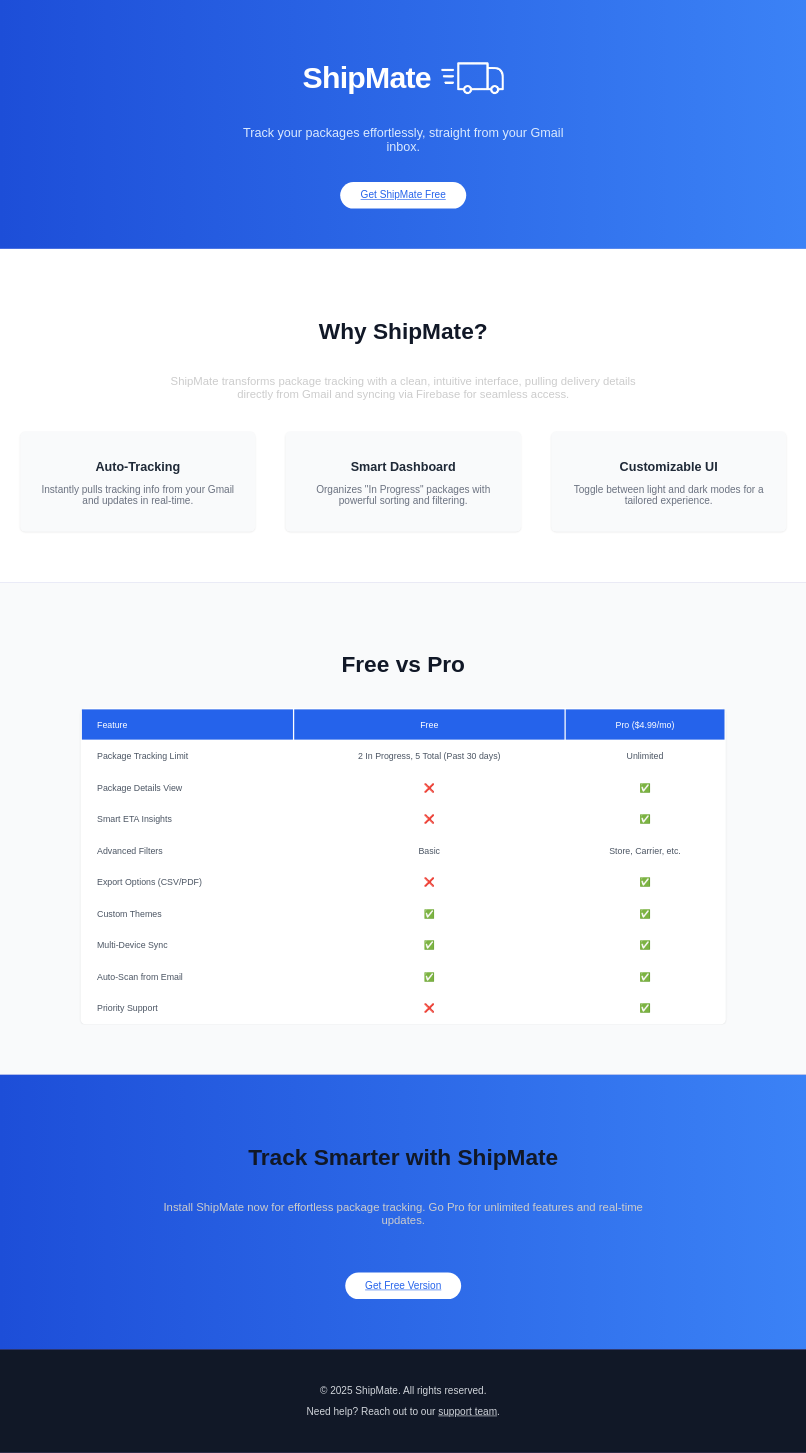
Repository: epeguero8311/shipmate-website
Page: index.html
These files come from the project's save history. The page is drawn as it stood at one moment and after the next save; the edit follows.
The browser window is 1280 px wide. The pictures show the whole page, at 63% of full size.

Above is the page before, as saved 2025-10-26 19:16:56.

### index.html
<!DOCTYPE html>
<html lang="en">
<head>
  <meta charset="UTF-8">
  <meta name="viewport" content="width=device-width, initial-scale=1.0">
  <title>ShipMate - Package Tracking Chrome Extension</title>
  <link rel="stylesheet" href="styles.css">
</head>
<body class="body">
  <header class="header">
    <div class="header-container">
      <div class="header-logo-title">
        <h1 class="header-title">ShipMate</h1>
        <img src="icon.png" alt="ShipMate Logo" class="header-logo">
      </div>
      <p class="header-subtitle">Track your packages effortlessly, straight from your Gmail inbox.</p>
      <a href="https://chromewebstore.google.com/detail/[your-extension-id]" class="btn btn-primary">Get ShipMate Free</a>
    </div>
  </header>
  <section class="section">
    <div class="section-container">
      <h2 class="section-title">Why ShipMate?</h2>
      <p class="section-subtitle">ShipMate transforms package tracking with a clean, intuitive interface, pulling delivery details directly from Gmail and syncing via Firebase for seamless access.</p>
      <div class="grid">
        <div class="card fade-in" style="animation-delay: 0.2s;">
          <h3 class="card-title">Auto-Tracking</h3>
          <p class="card-text">Instantly pulls tracking info from your Gmail and updates in real-time.</p>
        </div>
        <div class="card fade-in" style="animation-delay: 0.4s;">
          <h3 class="card-title">Smart Dashboard</h3>
          <p class="card-text">Organizes "In Progress" packages with powerful sorting and filtering.</p>
        </div>
        <div class="card fade-in" style="animation-delay: 0.6s;">
          <h3 class="card-title">Customizable UI</h3>
          <p class="card-text">Toggle between light and dark modes for a tailored experience.</p>
        </div>
      </div>
    </div>
  </section>
  <section class="section-alt">
    <div class="section-container">
      <h2 class="section-title">Free vs Pro</h2>
      <div class="table-wrapper">
        <table class="table">
          <thead>
            <tr class="table-header">
              <th class="table-cell-left">Feature</th>
              <th class="table-cell">Free</th>
              <th class="table-cell">Pro ($4.99/mo)</th>
            </tr>
          </thead>
          <tbody class="table-body">
            <tr class="table-row">
              <td class="table-cell-left">Package Tracking Limit</td>
              <td class="table-cell">2 In Progress, 5 Total (Past 30 days)</td>
              <td class="table-cell">Unlimited</td>
            </tr>
            <tr class="table-row">
              <td class="table-cell-left">Package Details View</td>
              <td class="table-cell">❌</td>
              <td class="table-cell">✅</td>
            <tr class="table-row">
              <td class="table-cell-left">Smart ETA Insights</td>
              <td class="table-cell">❌</td>
              <td class="table-cell">✅</td>
            </tr>
            <tr class="table-row">
              <td class="table-cell-left">Advanced Filters</td>
              <td class="table-cell">Basic</td>
              <td class="table-cell">Store, Carrier, etc.</td>
            </tr>
            <tr class="table-row">
              <td class="table-cell-left">Export Options (CSV/PDF)</td>
              <td class="table-cell">❌</td>
              <td class="table-cell">✅</td>
            </tr>
            <tr class="table-row">
              <td class="table-cell-left">Custom Themes</td>
              <td class="table-cell">✅</td>
              <td class="table-cell">✅</td>
            </tr>
            <tr class="table-row">
              <td class="table-cell-left">Multi-Device Sync</td>
              <td class="table-cell">✅</td>
              <td class="table-cell">✅</td>
            </tr>
            <tr class="table-row">
              <td class="table-cell-left">Auto-Scan from Email</td>
              <td class="table-cell">✅</td>
              <td class="table-cell">✅</td>
            </tr>
            <tr>
              <td class="table-cell-left">Priority Support</td>
              <td class="table-cell">❌</td>
              <td class="table-cell">✅</td>
            </tr>
          </tbody>
        </table>
      </div>
    </div>
  </section>
  <section class="cta">
    <div class="cta-container">
      <h2 class="section-title">Track Smarter with ShipMate</h2>
      <p class="section-subtitle">Install ShipMate now for effortless package tracking. Go Pro for unlimited features and real-time updates.</p>
      <div class="cta-buttons">
        <a href="https://chromewebstore.google.com/detail/[your-extension-id]" class="btn btn-primary">Get Free Version</a>
      </div>
    </div>
  </section>
  <footer class="footer">
    <div class="footer-container">
      <p>&copy; 2025 ShipMate. All rights reserved.</p>
      <p class="footer-link">Need help? Reach out to our <a href="mailto:support@shipmate.com" class="link">support team</a>.</p>
    </div>
  </footer>
</body>
</html>

### styles.css
html {
  scroll-behavior: smooth;
  -ms-overflow-style: none;
  scrollbar-width: none;
}

html::-webkit-scrollbar {
  display: none;
}

body {
  background: linear-gradient(135deg, #667eea 0%, #764ba2 100%);
  margin: 0;
  font-family: sans-serif;
  -webkit-font-smoothing: antialiased;
}

.header-container {
  max-width: 100%;
  padding: 0 1rem;
  text-align: center;
}

.header {
  background: linear-gradient(to right, #1D4ED8, #3B82F6);
  color: white;
  padding: 4rem 0;
}

.header-logo-title {
  display: flex;
  align-items: center;
  justify-content: center;
  gap: 1rem;
}

.header-logo {
  width: 8%;
  height: 8%;
}

.header-title {
  font-size: 2.25rem;
  font-weight: 800;
  letter-spacing: -0.025em;
  animation: fadeIn 1s forwards;
}

@media (min-width: 768px) {
  .header-title {
    font-size: 3rem;
  }
}

.header-subtitle {
  margin-top: 1rem;
  font-size: 1.125rem;
  color: #DBEAFE;
  max-width: 32rem;
  margin-left: auto;
  margin-right: auto;
}

@media (min-width: 768px) {
  .header-subtitle {
    font-size: 1.25rem;
  }
}

.btn {
  display: inline-block;
  font-weight: 500;
  padding: 0.75rem 2rem;
  border-radius: 9999px;
  transition: all 0.3s ease;
}

.btn-primary {
  background-color: white;
  color: #2563EB;
  margin-top: 1.5rem;
}

.btn-primary:hover {
  transform: scale(1.05);
  background-color: #EFF6FF;
}

.section {
  padding: 5rem 0;
  background-color: white;
}

.section-alt {
  padding: 5rem 0;
  background-color: #F9FAFB;
}

.section-container {
  max-width: 100%;
  padding: 0 1rem;
}

.section-title {
  font-size: 1.875rem;
  font-weight: 700;
  color: #111827;
  text-align: center;
  margin-bottom: 3rem;
  animation: fadeIn 1s forwards;
}

@media (min-width: 768px) {
  .section-title {
    font-size: 2.25rem;
  }
}

.section-subtitle {
  text-align: center;
  color: #cccccc;
  margin-bottom: 3rem;
  max-width: 48rem;
  margin-left: auto;
  margin-right: auto;
  font-size: 1.125rem;
}

.grid {
  display: grid;
  gap: 3rem;
  padding: 0 1rem;
}

@media (min-width: 768px) {
  .grid {
    grid-template-columns: repeat(3, 1fr);
  }
}

.card {
  text-align: center;
  padding: 1.5rem;
  background-color: #F9FAFB;
  border-radius: 0.5rem;
  box-shadow: 0 1px 3px rgba(0, 0, 0, 0.1);
  transition: transform 0.3s ease;
}

.card:hover {
  transform: scale(1.05);
}

.card-title {
  font-size: 1.25rem;
  font-weight: 600;
  color: #1F2937;
  margin-bottom: 0.75rem;
}

.card-text {
  color: #6B7280;
}

.table-wrapper {
  overflow-x: auto;
  padding: 0 1rem;
}

.table {
  width: 100%;
  max-width: 64rem;
  margin-left: auto;
  margin-right: auto;
  background-color: white;
  border-radius: 0.5rem;
  box-shadow: 0 1px 3px rgba(0, 0, 0, 0.1);
}

.table-header {
  background-color: #2563EB;
  color: white;
}

.table-cell {
  padding: 1rem 1.5rem;
  text-align: center;
  font-size: 0.875rem;
  font-weight: 500;
}

.table-cell-left {
  padding: 1rem 1.5rem;
  text-align: left;
  font-size: 0.875rem;
  font-weight: 500;
}

.table-body {
  color: #4B5563;
}

.table-row {
  border-bottom: 1px solid #E5E7EB;
}

.text-center {
  text-align: center;
}

.cta {
  padding: 5rem 0;
  background: linear-gradient(to right, #1D4ED8, #3B82F6);
  color: white;
}

.cta-container {
  max-width: 100%;
  padding: 0 1rem;
  text-align: center;
}

.cta-buttons {
  display: flex;
  flex-direction: column;
  justify-content: center;
  gap: 1.5rem;
}

@media (min-width: 640px) {
  .cta-buttons {
    flex-direction: row;
  }
}

.btn-secondary {
  background-color: #FBBF24;
  color: #1E3A8A;
}

.btn-secondary:hover {
  transform: scale(1.05);
  background-color: #FCD34D;
}

.footer {
  padding: 2.5rem 0;
  background-color: #111827;
  color: #D1D5DB;
}

.footer-container {
  max-width: 100%;
  padding: 0 1rem;
  text-align: center;
}

.footer-link {
  margin-top: 0.5rem;
}

.link {
  text-decoration: underline;
  color: #D1D5DB;
}

.link:hover {
  color: white;
}

.fade-in {
  opacity: 0;
  animation: fadeIn 1s forwards;
}

@keyframes fadeIn {
  to { opacity: 1; }
}

After the next save:
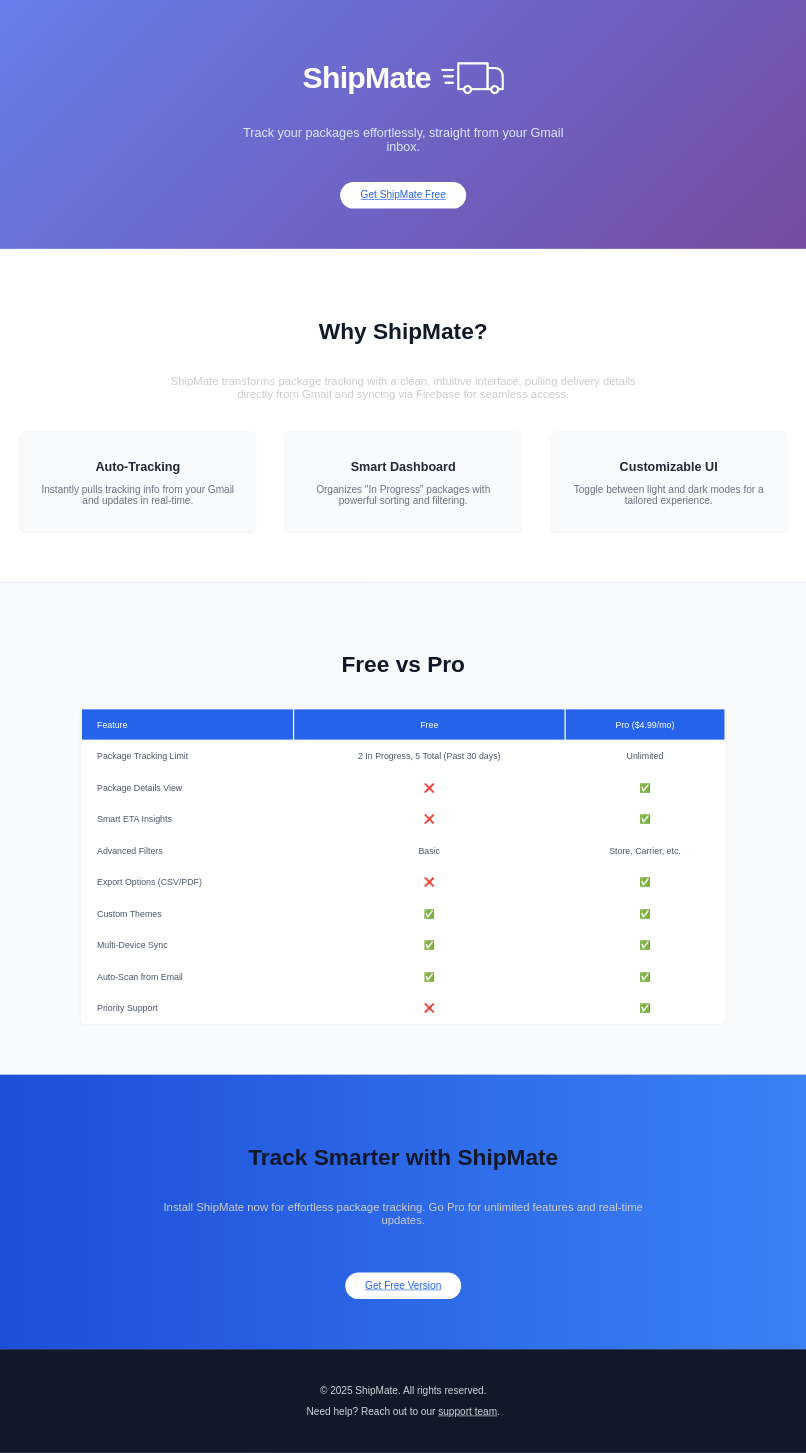
Saved 33 s later.
--- a/styles.css
+++ b/styles.css
@@ -22,8 +22,7 @@
 }
 
 .header {
-  background: linear-gradient(to right, #1D4ED8, #3B82F6);
-  color: white;
+background: linear-gradient(135deg, #667eea 0%, #764ba2 100%);  color: white;
   padding: 4rem 0;
 }
 
